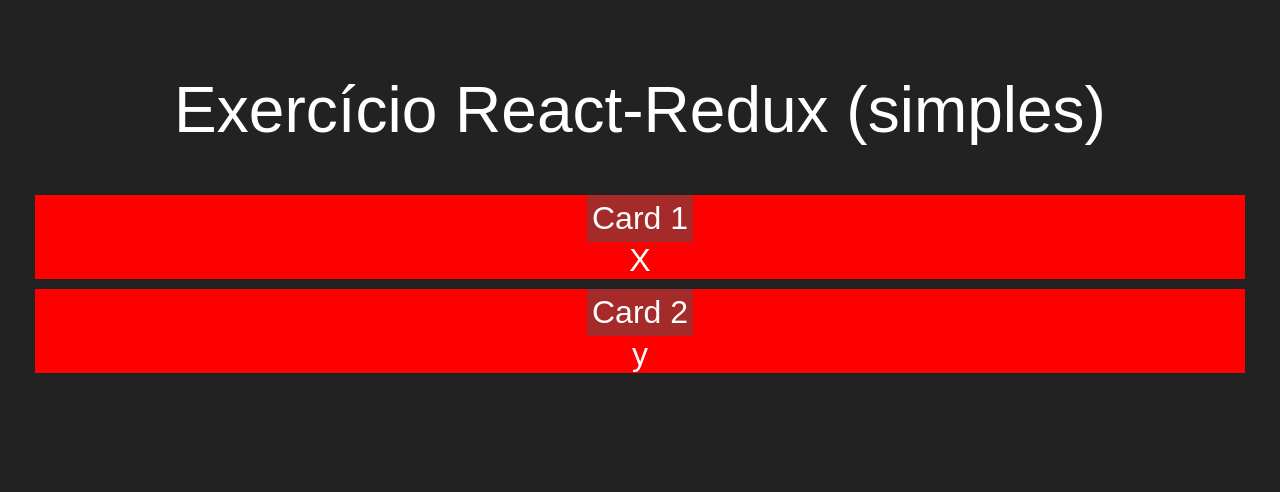
Repository: Henrique-Franca/Clear-Redux-Simples
Page: /
These files come from the project's save history. The page is drawn as it stood at one moment and after the next save; the edit follows.
The browser window is 1280 px wide. The pictures show the whole page.
The project was rebuilt for these pictures with package versions that can differ from the ones it lists, and the page was loaded fresh each time.

Above is the page before, as saved 2022-11-21 11:49:01.

After the next save:
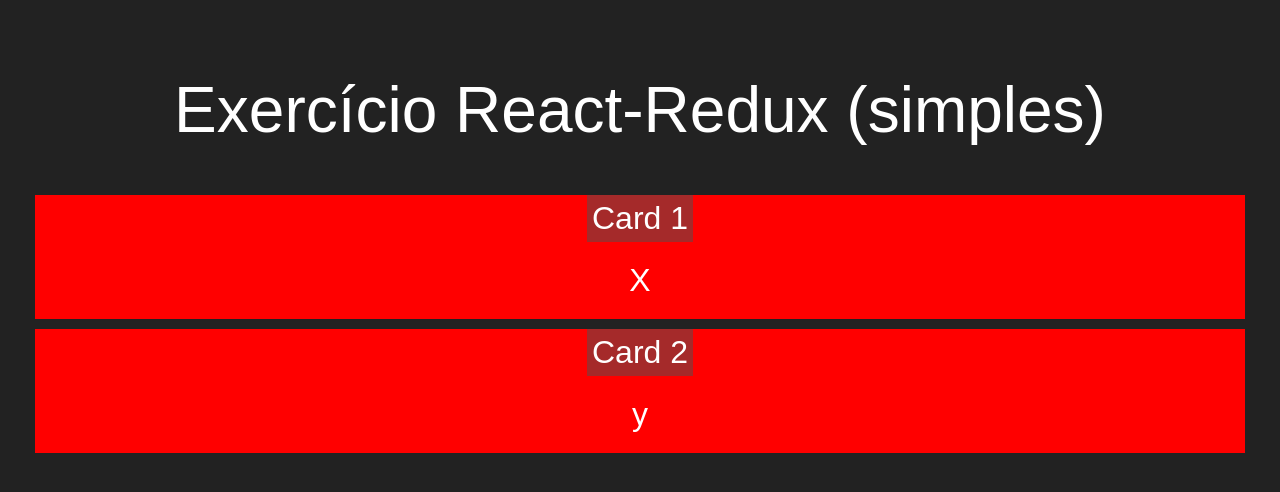
Saved 50 s later.
--- a/src/components/Card.css
+++ b/src/components/Card.css
@@ -16,3 +16,7 @@
     padding: 5px;
     background-color: brown;
 }
+
+.Card .Content{
+    padding: 20px;
+}
